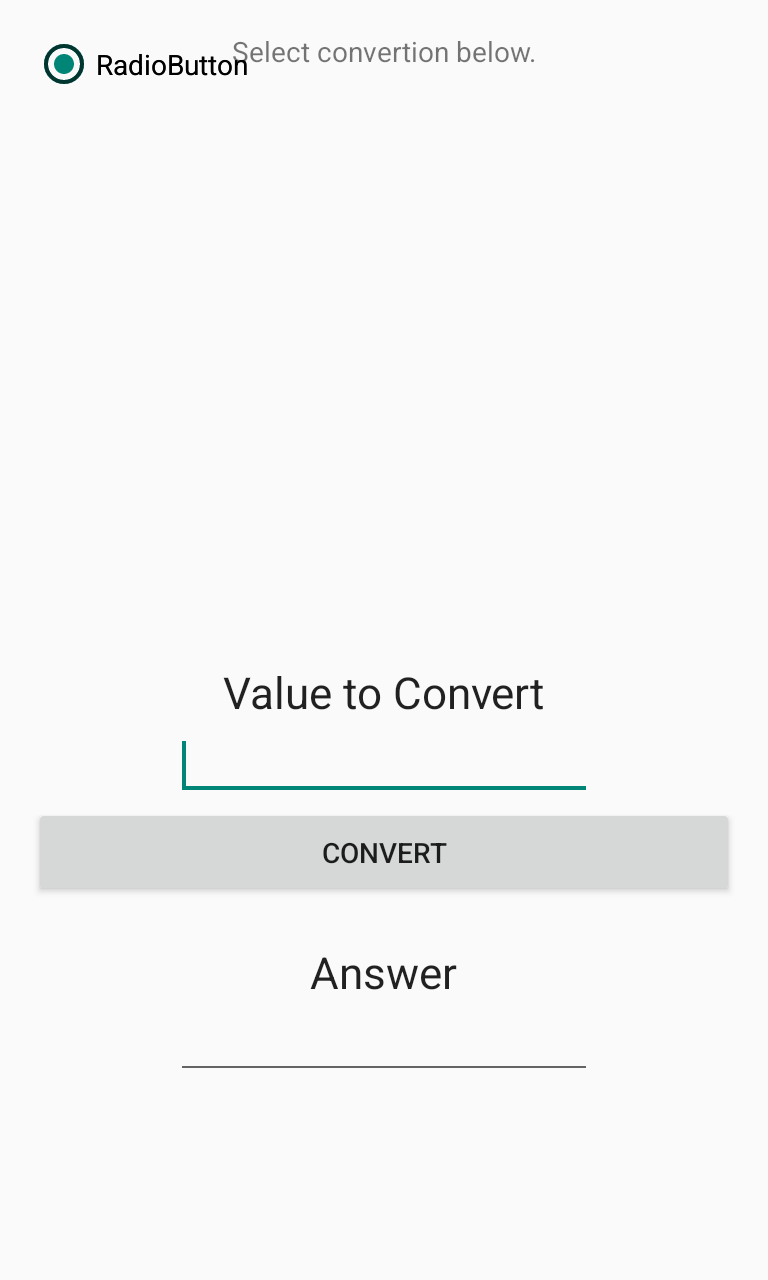
Repository: awayzo/6300Fall14Assignment4
Layout: UnitConvertor/res/layout/activity_dis.xml
The author's editor kept a copy of each file at every save. The layout is drawn from the files as they stood at one save, then again after the next save.
It is drawn on a 768 x 1280 px phone screen (xhdpi) without system bars, with theme AppTheme; the app's code is not run.

Above is the layout before, as saved 2014-09-27 07:54:43.

After the next save:
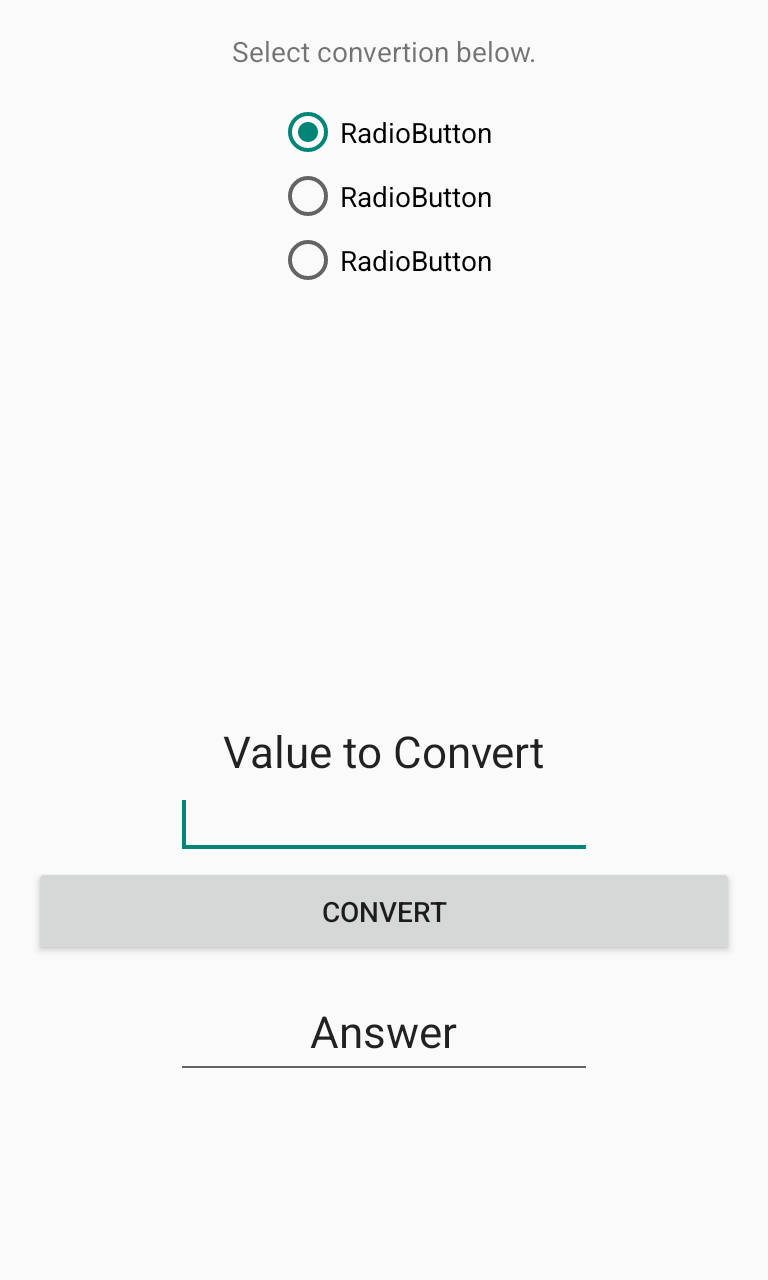
Saved 60 s later.
--- a/UnitConvertor/res/layout/activity_dis.xml
+++ b/UnitConvertor/res/layout/activity_dis.xml
@@ -16,7 +16,13 @@
         android:layout_centerHorizontal="true"
         android:text="Select convertion below." />
 
-
+    <RadioGroup
+        android:id="@+id/radioGroupDistance"
+        android:layout_width="wrap_content"
+        android:layout_height="wrap_content"
+        android:layout_below="@+id/lblTitle_Distance"
+        android:layout_centerHorizontal="true"
+        android:layout_marginTop="15dp" >
 
         <RadioButton
             android:id="@+id/radio0"
@@ -31,6 +37,12 @@
             android:layout_height="wrap_content"
             android:text="RadioButton" />
 
+        <RadioButton
+            android:id="@+id/radio2"
+            android:layout_width="wrap_content"
+            android:layout_height="wrap_content"
+            android:text="RadioButton" />
+    </RadioGroup>
 
     <Button
         android:id="@+id/btnConvert"
@@ -62,6 +74,15 @@
         <requestFocus />
     </EditText>
 
+    <TextView
+        android:id="@+id/lblAnswer"
+        android:layout_width="wrap_content"
+        android:layout_height="wrap_content"
+        android:layout_alignTop="@+id/txtAnswer"
+        android:layout_centerHorizontal="true"
+        android:text="Answer"
+        android:textAppearance="?android:attr/textAppearanceLarge" />
+
     <EditText
         android:id="@+id/txtAnswer"
         android:layout_width="wrap_content"
@@ -72,13 +93,4 @@
         android:ems="10"
         android:inputType="numberDecimal" />
 
-    <TextView
-        android:id="@+id/lblAnswer"
-        android:layout_width="wrap_content"
-        android:layout_height="wrap_content"
-        android:layout_above="@+id/txtAnswer"
-        android:layout_centerHorizontal="true"
-        android:text="Answer"
-        android:textAppearance="?android:attr/textAppearanceLarge" />
-
 </RelativeLayout>
